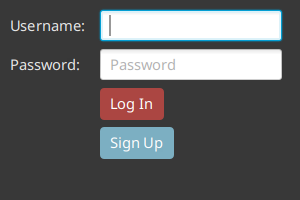
Repository: joegaBonito/JavaFX--JAVA-
Program's window: java 25,26,27 CSS/src/Main.java
The author's editor kept a copy of each file at every save. The program's window is drawn from the files as they stood at one save, then again after the next save.
It runs on Java 21 on a 1366 x 768 screen with JavaFX 11; the title bar is not drawn.

Above is the program's window before, as saved 2016-02-14 01:23:49.

### 25,26,27 CSS/src/Main.java
import javafx.application.Application;
import javafx.geometry.Insets;
import javafx.scene.Scene;
import javafx.scene.control.Button;
import javafx.scene.control.Label;
import javafx.scene.control.TextField;
import javafx.scene.layout.GridPane;
import javafx.stage.Stage;

public class Main extends Application {
	Stage window;

	public static void main(String[] args) {
		launch(args);
	}

	@Override
	public void start(Stage primaryStage) throws Exception {
		window = primaryStage;
		window.setTitle("Joe Jung - JavaFx");

		//GridPane with 10px padding around edge
		GridPane layout = new GridPane();
		layout.setPadding(new Insets(10,10,10,10));
		layout.setVgap(8);
		layout.setHgap(10);


		//Name Label - constraints use (child, column, row)
		Label nameLabel = new Label("Username: ");
		GridPane.setConstraints(nameLabel, 0, 0);

		//Name Input
		TextField nameInput = new TextField();
		GridPane.setConstraints(nameInput, 1, 0);
		nameInput.setPromptText("Name");

		//Password Label - constraints use (child, column, row)
		Label passLabel = new Label("Password: ");
		GridPane.setConstraints(passLabel, 0, 1);

		//Password Input
		TextField passInput = new TextField();
		GridPane.setConstraints(passInput, 1, 1);
		passInput.setPromptText("Password");

		 //Login
		Button loginButton = new Button("Log In");
		GridPane.setConstraints(loginButton, 1, 2);

		//Sign up
		Button signUpButton = new Button("Sign Up");
		signUpButton.getStyleClass().add("button-blue");
		GridPane.setConstraints(signUpButton,1,3);

		/*
		loginButton.setOnAction(e -> {
			setUserAgentStylesheet(STYLESHEET_CASPIAN);
		});
		*/

		//Add everything to grid
		layout.getChildren().addAll(nameLabel, nameInput, passLabel, passInput, loginButton, signUpButton);

		Scene scene = new Scene(layout, 300, 200);
		scene.getStylesheets().add("Viper.css");
		window.setScene(scene);

		window.show();
	}
}

### 25,26,27 CSS/src/Viper.css
.root {
	-fx-background-color: #383838;
	-fx-font-size: 11pt;
}
.label{
	-fx-text-fill: #e8e8e8

}
.button {
	-fx-background-color:#AB4642;
	-fx-text-fill:#FFFFFF;
	-fx-background-radius: 4;
}
.button-blue{
	-fx-background-color:#7cafc2;
	-fx-text-fill:#FFFFFF;
	-fx-background-radius: 4;
}

#bold-label{
	-fx-font-weight: bold;
}

After the next save:
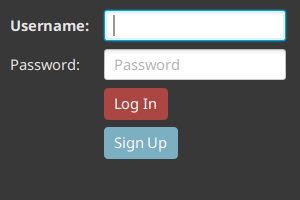
Saved 54 s later.
--- a/25,26,27 CSS/src/Main.java
+++ b/25,26,27 CSS/src/Main.java
@@ -28,6 +28,7 @@
 
 		//Name Label - constraints use (child, column, row)
 		Label nameLabel = new Label("Username: ");
+		nameLabel.setId("bold-label");
 		GridPane.setConstraints(nameLabel, 0, 0);
 
 		//Name Input
